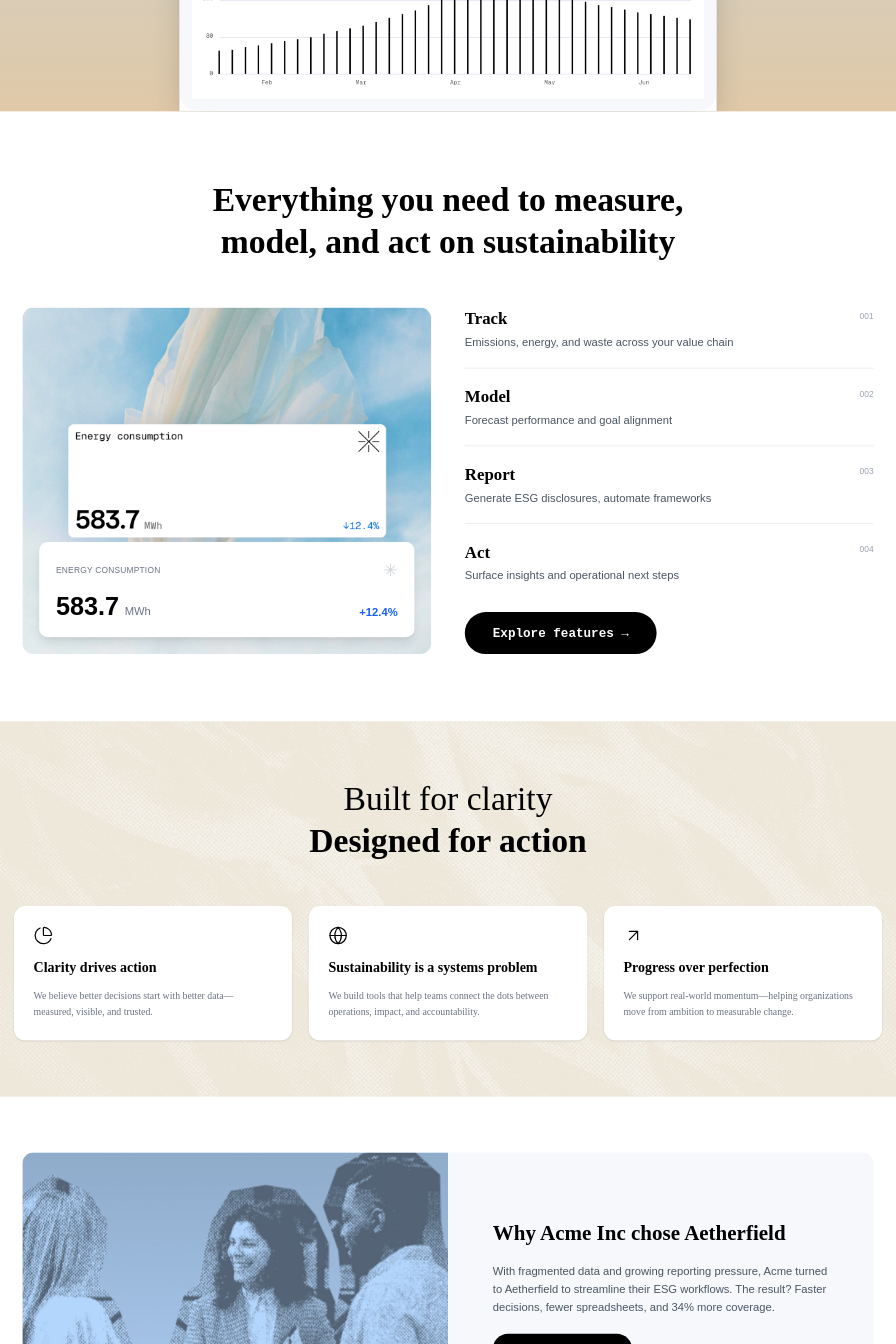
Repository: neelpatel6262/Aetherfield-SaaS
Page: /
The author's editor kept a copy of each file at every save. The page is drawn from the files as they stood at one save, then again after the next save.
The browser window is 1280 px wide. The pictures show the part of the page from y = 849 to 2769 px (the page is 5897 px tall before and 5806 px after), at 70% of full size.
Some web fonts or font styles are not loaded; a fallback is used. The project was rebuilt for these pictures with package versions that can differ from the ones it lists, and the page was loaded fresh each time. Also part of the build but not shown: vite.config.js, src/pages/About.jsx, src/pages/Journal.jsx, src/pages/Article.jsx, src/pages/Careers.jsx, src/pages/JobListing.jsx, src/pages/Signup.jsx.

Above is the page before, as saved 2026-02-28 23:57:01.

### index.html
<!doctype html>
<html lang="en">
  <head>
    <meta charset="UTF-8" />
    <link rel="icon" type="image/svg+xml" href="/vite.svg" />
    <meta name="viewport" content="width=device-width, initial-scale=1.0" />
    <title>Aetherfield SaaS</title>
  </head>
  <body>
    <div id="root"></div>
    <script type="module" src="/src/main.jsx"></script>
  </body>
</html>

### src/main.jsx
import React from 'react'
import ReactDOM from 'react-dom/client'
import App from './App'
import './styles/index.css'

ReactDOM.createRoot(document.getElementById('root')).render(
  <React.StrictMode>
    <App />
  </React.StrictMode>
)

### src/App.jsx
import React from 'react';
import { BrowserRouter, Routes, Route } from 'react-router-dom';


import Home from './pages/Home';
import About from './pages/About';
import Journal from './pages/Journal';
import Article from './pages/Article';
import Careers from './pages/Careers';
import JobListing from './pages/JobListing';
import Signup from './pages/Signup';
import Layout from './components/layout/Layout';

const App = () => {
  return (
    <BrowserRouter>
      <Routes>

        <Route element={<Layout />}>
          <Route path="/" element={<Home />} />
          <Route path="/about" element={<About />} />
          <Route path="/journal" element={<Journal />} />
          <Route path="/article/:id" element={<Article />} />
          <Route path="/careers" element={<Careers />} />
          <Route path="/job-listing/:id" element={<JobListing />} />
          <Route path="/signup" element={<Signup />} />
        </Route>


      </Routes>
    </BrowserRouter>
  );
};

export default App;

### src/styles/index.css
@import "tailwindcss";


@import url('https://fonts.googleapis.com/css2?family=Source+Serif+4:ital,opsz,wght@0,8..60,200..900;1,8..60,200..900&family=Radio+Canada+Big:ital,wght@0,400..700;1,400..700&family=Geist+Mono:wght@100..900&display=swap');

@font-face {
  font-family: "heading";
  src: url("https://fonts.gstatic.com/s/sourceserif4/v8/vF1XRFULdoB1WhFcF9jWq4KvMQyJETJo.woff2") format("woff2");
  font-weight: 400 900;
  font-style: normal;
  font-display: swap;
}

@font-face {
  font-family: "subheading";
  src: url("https://fonts.gstatic.com/s/radiocanadabig/v1/P5sOzZW3ZKlO3naZMH6bRzrE4HkKaQ.woff2") format("woff2");
  font-weight: 400 700;
  font-style: normal;
  font-display: swap;
}

@font-face {
  font-family: "btn";
  src: url("https://fonts.gstatic.com/s/geistmono/v1/or3NQ75mkm94_-NqtlM3e6HlvmU.woff2") format("woff2");
  font-weight: 400 700;
  font-style: normal;
  font-display: swap;
}


@layer base {
  * {
    margin: 0;
    padding: 0;
    box-sizing: border-box;
  }

  body {
    font-family: 'subheading', 'Radio Canada Big', sans-serif;
    background-color: #ffffff;
    color: #111111;
  }

  h1, h2, h3 {
    font-family: 'heading', 'Source Serif 4', serif;
  }

  button {
    font-family: 'btn', 'Geist Mono', monospace;
  }
}

### src/pages/Home.jsx
import React from 'react'
import Hero         from '../components/sections/Hero'
import Features     from '../components/sections/Features'
import ValueSection from '../components/sections/ValueSection'
import CaseStudy    from '../components/sections/CaseStudy'
import JournalPreview from '../components/sections/JournalPreview'
import Testimonial  from '../components/sections/Testimonial'
import CTABanner    from '../components/sections/CTABanner'

const Home = () => {
  return (
    <div className="bg-white w-full">
      <Hero />
      <Features />
      <ValueSection />
      <CaseStudy />
      <JournalPreview />
      <Testimonial />
      <CTABanner />
    </div>
  )
}

export default Home

### src/components/layout/Layout.jsx
// src/components/layout/Layout.jsx
import React from 'react';
import { Outlet } from 'react-router-dom';
import Navbar from './Navbar';
import Footer from './Footer';

const Layout = () => {
  return (
    <div className="min-h-screen flex flex-col">
      <Navbar />

      <main className="flex-1">
        <Outlet />
      </main>

      <Footer />
    </div>
  );
};

export default Layout;

### src/components/sections/Features.jsx
import React from 'react';
import FeatureImage from '../../assets/images/Feature.jpg';

const features = [
  {
    number: '001',
    title: 'Track',
    desc: 'Emissions, energy, and waste across your value chain',
  },
  {
    number: '002',
    title: 'Model',
    desc: 'Forecast performance and goal alignment',
  },
  {
    number: '003',
    title: 'Report',
    desc: 'Generate ESG disclosures, automate frameworks',
  },
  {
    number: '004',
    title: 'Act',
    desc: 'Surface insights and operational next steps',
  },
];

function Features() {
  return (
    <section className="w-full bg-white py-16 md:py-20 lg:py-24">
      <div className="mx-auto w-full max-w-7xl px-5 md:px-6 lg:px-8">
        {/* Headline */}
        <h2 className="mb-12 text-center text-3xl font-extrabold leading-tight text-black md:mb-16 md:text-4xl lg:text-5xl">
          Everything you need to measure,<br className="hidden sm:inline" /> model, and act on sustainability
        </h2>

        <div className="flex flex-col gap-12 lg:flex-row lg:items-stretch">
          {/* Left: Image with overlay card */}
          <div className="relative w-full lg:w-1/2">
            <img
              src={FeatureImage}
              alt="Sustainability dashboard showing energy metrics"
              className="h-full w-full rounded-2xl object-cover"
              style={{ minHeight: '420px' }}
            />

            {/* Floating stats card */}
            <div className="absolute bottom-6 left-6 right-6 rounded-xl bg-white p-6 shadow-lg">
              <div className="mb-4 flex items-center justify-between">
                <p className="text-xs font-medium uppercase tracking-wide text-gray-500">
                  Energy consumption
                </p>
                <span className="text-2xl text-gray-300">✳</span>
              </div>

              <div className="flex items-end justify-between">
                <p className="text-4xl font-extrabold text-black">
                  583.7
                  <span className="ml-2 text-base font-normal text-gray-500">MWh</span>
                </p>
                <p className="text-base font-semibold text-blue-600">+12.4%</p>
              </div>
            </div>
          </div>

          {/* Right: Feature list + CTA */}
          <div className="flex w-full flex-col justify-center lg:w-1/2">
            <div className="divide-y divide-gray-200">
              {features.map((feature) => (
                <div
                  key={feature.number}
                  className="flex items-start justify-between py-6 first:pt-0 last:pb-0"
                >
                  <div className="pr-8">
                    <h3 className="text-2xl font-bold text-black">{feature.title}</h3>
                    <p className="mt-1.5 text-base text-gray-600">{feature.desc}</p>
                  </div>
                  <span className="mt-1 text-xs font-medium text-gray-400">
                    {feature.number}
                  </span>
                </div>
              ))}
            </div>

            <button
              className="
                mt-10 self-start rounded-full bg-black px-8 py-4
                text-base font-semibold text-white
                transition hover:bg-black/90 active:opacity-80
                md:px-10 md:text-lg
              "
            >
              Explore features →
            </button>
          </div>
        </div>
      </div>
    </section>
  );
}

export default Features;

### src/components/sections/JournalPreview.jsx
import React from 'react'
import { Link } from 'react-router-dom'
import { articles } from '../../data/article'
import Sticker from '../../assets/images/Sticker.png'

const JournalPreview = () => {
  return (
    <section className="w-full bg-white py-20">
      <div className="w-container max-w-container mx-auto px-5">

        <h2 className="text-[32px] font-extrabold text-black text-center mb-16 font-[heading]">
          From the journal
        </h2>

        <div className="flex flex-col md:flex-row gap-10 items-start">

          <div className="flex-shrink-0 pt-2">
            <img src={Sticker} alt="Aetherfield Journal" className="w-[200px] h-auto object-contain" />
          </div>

          <div className="flex-1 flex flex-col">
            {articles.slice(0, 3).map((article, index) => (
              <Link
                key={article.id}
                to={`/journal/${article.slug}`}
                className={`flex flex-row gap-5 items-center py-6 w-full hover:opacity-80 transition no-underline ${index !== 2 ? 'border-b border-gray-200' : ''}`}
              >
                <img src={article.image} alt={article.title} className="w-28 h-20 object-cover rounded-lg flex-shrink-0" />
                <div className="flex flex-col gap-1">
                  <p className="text-[20px] font-semibold text-black leading-snug font-[heading]">{article.title}</p>
                  <p className="text-[14px] text-gray-400 font-[subheading]">{article.category} · {article.time}</p>
                </div>
              </Link>
            ))}
            <div className="mt-10">
              <Link to="/journal">
                <button className="bg-black text-white text-[14px] font-semibold px-7 py-3 hover:opacity-75 transition font-[btn]">
                  • View all articles
                </button>
              </Link>
            </div>
          </div>

        </div>
      </div>
    </section>
  )
}

export default JournalPreview

### src/components/sections/Testimonial.jsx
import React from 'react'
import TestimonialImage from '../../assets/images/Testimonial.jpg'

const Testimonial = () => {
  return (
    <section className="w-full bg-white py-20">
      <div className="w-container max-w-container mx-auto px-5">
        <div className="flex flex-col md:flex-row gap-12 items-center">

          <div className="relative w-full md:w-1/2 flex-shrink-0">
            <img
              src={TestimonialImage}
              alt="Elliot Williams"
              className="w-full h-auto object-cover rounded-2xl"
              style={{ filter: 'grayscale(100%)' }}
            />
            <div className="absolute inset-0 rounded-2xl pointer-events-none" style={{ backgroundColor: '#93C5FD', mixBlendMode: 'multiply', opacity: 0.7 }} />
          </div>

          <div className="w-full md:w-1/2 flex flex-col gap-4">
            <blockquote className="text-[28px] font-bold text-black leading-tight font-[heading]">
              "We finally moved past spreadsheets and guesswork. Now we have real data to guide real decisions."
            </blockquote>
            <p className="text-[14px] text-gray-600 mt-4 font-[subheading]">
              Elliot Williams, Head of Sustainability, Flux Materials
            </p>
          </div>

        </div>
      </div>
    </section>
  )
}

export default Testimonial

### src/components/sections/CTABanner.jsx
import React from 'react';

function CTABanner() {
  return (
    <section className="w-full bg-white py-16 md:py-20 lg:py-24">
      <div className="mx-auto w-full max-w-7xl px-5 md:px-6 lg:px-8">
        <div className="rounded-2xl bg-gray-100 px-6 py-16 text-center md:py-20 lg:py-24 lg:px-12">
          <h2 className="mx-auto mb-8 max-w-3xl text-3xl font-extrabold leading-tight text-black md:text-4xl lg:text-5xl">
            Ready to operationalize your sustainability goals?
          </h2>

          <button
            className="
              rounded-full bg-black px-8 py-4 text-base font-semibold
              text-white transition hover:bg-black/90 active:opacity-80
              md:px-10 md:py-4 md:text-lg
            "
          >
            Request a demo →
          </button>
        </div>
      </div>
    </section>
  );
}

export default CTABanner;

### src/components/layout/Navbar.jsx
import React from 'react'
import { Link, NavLink } from 'react-router-dom'
import Logo from '../../assets/images/Logo.png';


const links = [
  { label: 'Journal', to: '/journal' },
  { label: 'artical', to: '/artical' },
  { label: 'About', to: '/about' },
  { label: 'Careers', to: '/careers' },
  { label: 'job-listing', to: '/job-listing' }
]


function Navbar() {
  return (
    <nav className="
      w-full px-10 py-4
      flex items-center justify-between
      bg-white/80 backdrop-blur-md
      sticky top-0 z-50
      border-b border-gray-100
    ">
      {/* Logo */}
      <Link to="/">
        <img
          src={Logo}
          alt="Aetherfield"
          className="h-6 w-auto object-contain"
        />
      </Link>

      {/* Links */}
      <ul className="flex items-center gap-8">
        {links.map(link => (
          <li key={link.to}>
            <NavLink
              to={link.to}
              className={({ isActive }) =>
                isActive
                  ? 'text-black font-semibold text-sm'
                  : 'text-black/60 hover:text-black text-sm transition-colors'
              }
            >
              {link.label}
            </NavLink>
          </li>
        ))}

        {/* Get Started */}
        <li>
          <Link
            to="/signup"
            className="text-sm font-semibold text-black hover:opacity-60 transition"
          >
            Get started →
          </Link>
        </li>
      </ul>
    </nav>
  )
}

export default Navbar

### src/components/layout/Footer.jsx
import React from 'react';
import { Link } from 'react-router-dom';
import FooterLogo from '../../assets/images/FooterLogo.png';
import FooterTexture from '../../assets/images/Footer image.jpg';

const links = [
  { label: 'Journal', to: '/journal' },
  { label: 'artical', to: '/artical' },
  { label: 'About', to: '/about' },
  { label: 'Careers', to: '/careers' },
  { label: 'job-listing', to: '/job-listing' },
];

function Footer() {
  return (
    <footer className="w-full bg-[#FFF546] text-[#66640F] flex flex-col items-center overflow-hidden bg-cover bg-center px-8 py-4">
      <div className="w-full  flex flex-col items-center">
        <div className="w-full flex flex-col md:flex-row md:justify-between md:items-center gap-4 md:gap-0 text-sm md:text-base font-semibold uppercase tracking-wide mb-8 md:mb-10">
          <ul className="flex flex-wrap justify-center md:justify-start gap-x-6 md:gap-x-10 gap-y-2 font-[subheading]">
            {links.map((link) => (
              <li key={link.to}>
                <Link
                  to={link.to}
                  className="hover:opacity-70 transition-opacity duration-200"
                >
                  {link.label}
                </Link>
              </li>
            ))}
          </ul>

          <p className="text-center md:text-right font-medium opacity-90 font-[subheading]">
            ©2025 · All rights reserved
          </p>
        </div>

        <img
          src={FooterTexture}
          alt="Aetherfield texture background"
          className="w-full object-cover mx-auto mb-10 md:mb-12"
        />

        <img
          src={FooterLogo}
          alt="Aetherfield Logo"
          className="w-full h-auto mx-auto mb-8 md:mb-12"
        />

        <div className="h-6 md:h-10 lg:h-12"></div>
      </div>
    </footer>
  );
}

export default Footer;

Loaded but not shown: src/data/article.js (130 lines, source omitted); src/components/sections/Hero.jsx (94 lines, source omitted); src/components/sections/ValueSection.jsx (43 lines, source omitted); src/components/sections/CaseStudy.jsx (57 lines, source omitted)

After the next save:
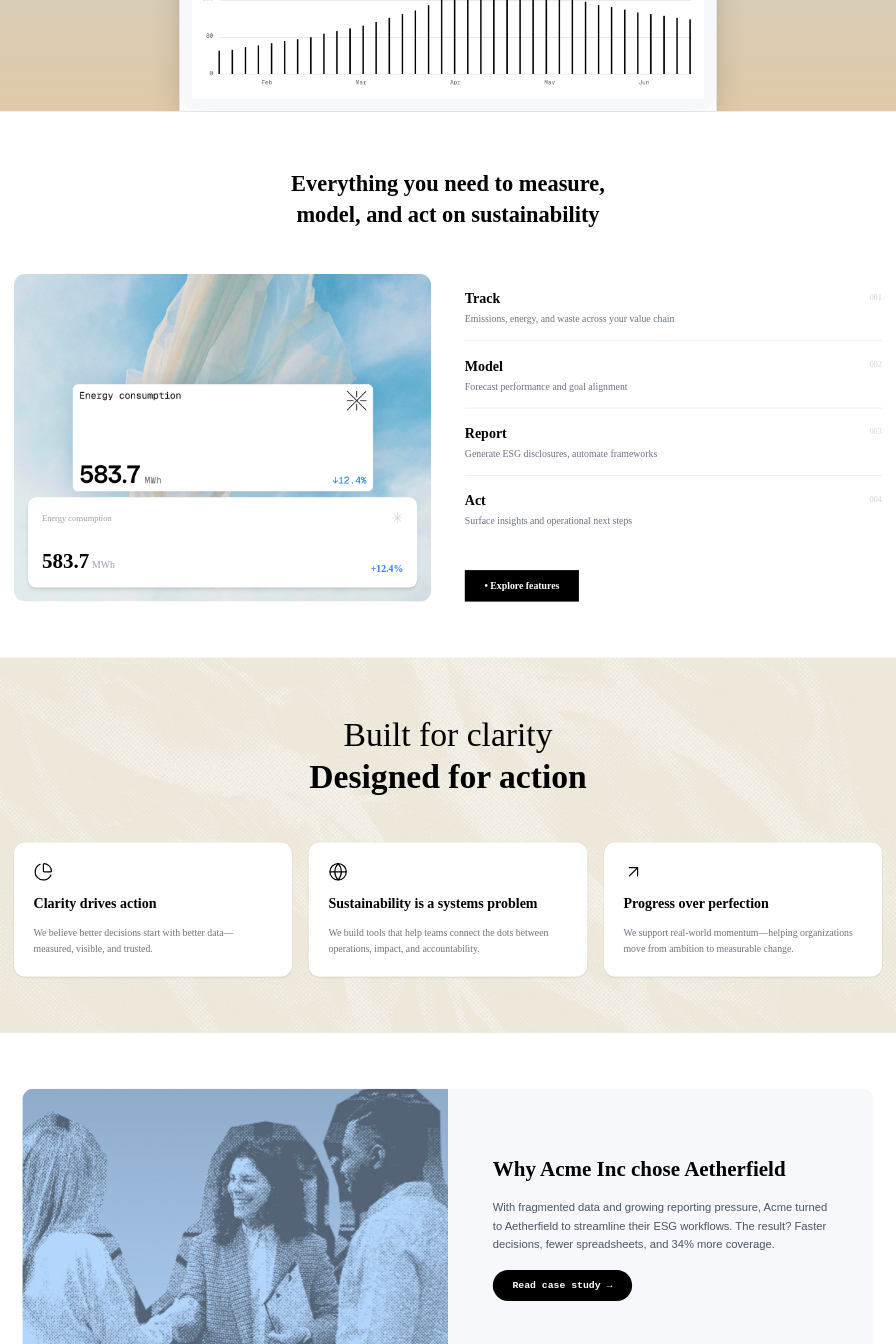
Saved 24 s later.
--- a/src/components/sections/Features.jsx
+++ b/src/components/sections/Features.jsx
@@ -1,101 +1,68 @@
-import React from 'react';
-import FeatureImage from '../../assets/images/Feature.jpg';
+import React from 'react'
+import FeatureImage from '../../assets/images/Feature.jpg'
 
 const features = [
-  {
-    number: '001',
-    title: 'Track',
-    desc: 'Emissions, energy, and waste across your value chain',
-  },
-  {
-    number: '002',
-    title: 'Model',
-    desc: 'Forecast performance and goal alignment',
-  },
-  {
-    number: '003',
-    title: 'Report',
-    desc: 'Generate ESG disclosures, automate frameworks',
-  },
-  {
-    number: '004',
-    title: 'Act',
-    desc: 'Surface insights and operational next steps',
-  },
-];
+  { number: '001', title: 'Track',  desc: 'Emissions, energy, and waste across your value chain' },
+  { number: '002', title: 'Model',  desc: 'Forecast performance and goal alignment' },
+  { number: '003', title: 'Report', desc: 'Generate ESG disclosures, automate frameworks' },
+  { number: '004', title: 'Act',    desc: 'Surface insights and operational next steps' },
+]
 
-function Features() {
+const Features = () => {
   return (
-    <section className="w-full bg-white py-16 md:py-20 lg:py-24">
-      <div className="mx-auto w-full max-w-7xl px-5 md:px-6 lg:px-8">
-        {/* Headline */}
-        <h2 className="mb-12 text-center text-3xl font-extrabold leading-tight text-black md:mb-16 md:text-4xl lg:text-5xl">
-          Everything you need to measure,<br className="hidden sm:inline" /> model, and act on sustainability
+    <section className="w-full bg-white py-20">
+      <div className="w-container max-w-container mx-auto px-5">
+
+        <h2 className="text-[32px] font-extrabold text-center text-black leading-snug mb-16 font-[heading]">
+          Everything you need to measure,<br />
+          model, and act on sustainability
         </h2>
 
-        <div className="flex flex-col gap-12 lg:flex-row lg:items-stretch">
-          {/* Left: Image with overlay card */}
-          <div className="relative w-full lg:w-1/2">
+        <div className="flex flex-col md:flex-row gap-12 items-stretch">
+
+          {/* Left image */}
+          <div className="relative w-full md:w-1/2">
             <img
               src={FeatureImage}
-              alt="Sustainability dashboard showing energy metrics"
-              className="h-full w-full rounded-2xl object-cover"
-              style={{ minHeight: '420px' }}
+              alt="Feature"
+              className="w-full h-full object-cover rounded-2xl"
+              style={{ minHeight: '420px', maxHeight: '520px' }}
             />
-
-            {/* Floating stats card */}
-            <div className="absolute bottom-6 left-6 right-6 rounded-xl bg-white p-6 shadow-lg">
-              <div className="mb-4 flex items-center justify-between">
-                <p className="text-xs font-medium uppercase tracking-wide text-gray-500">
-                  Energy consumption
+            <div className="absolute bottom-5 left-5 right-5 bg-white rounded-xl shadow-md px-5 py-4">
+              <div className="flex justify-between items-center mb-6">
+                <p className="text-[12px] text-gray-400 font-[btn]">Energy consumption</p>
+                <span className="text-gray-300 text-xl">✳</span>
+              </div>
+              <div className="flex justify-between items-end">
+                <p className="text-[30px] font-extrabold text-black font-[heading]">
+                  583.7
+                  <span className="text-[14px] font-normal text-gray-400 ml-1">MWh</span>
                 </p>
-                <span className="text-2xl text-gray-300">✳</span>
-              </div>
-
-              <div className="flex items-end justify-between">
-                <p className="text-4xl font-extrabold text-black">
-                  583.7
-                  <span className="ml-2 text-base font-normal text-gray-500">MWh</span>
-                </p>
-                <p className="text-base font-semibold text-blue-600">+12.4%</p>
+                <p className="text-[14px] font-semibold text-blue-500 font-[btn]">+12.4%</p>
               </div>
             </div>
           </div>
 
-          {/* Right: Feature list + CTA */}
-          <div className="flex w-full flex-col justify-center lg:w-1/2">
-            <div className="divide-y divide-gray-200">
-              {features.map((feature) => (
-                <div
-                  key={feature.number}
-                  className="flex items-start justify-between py-6 first:pt-0 last:pb-0"
-                >
-                  <div className="pr-8">
-                    <h3 className="text-2xl font-bold text-black">{feature.title}</h3>
-                    <p className="mt-1.5 text-base text-gray-600">{feature.desc}</p>
-                  </div>
-                  <span className="mt-1 text-xs font-medium text-gray-400">
-                    {feature.number}
-                  </span>
+          {/* Right list */}
+          <div className="w-full md:w-1/2 flex flex-col justify-center">
+            {features.map((f, i) => (
+              <div key={f.number} className={`flex justify-between items-start py-5 ${i !== features.length - 1 ? 'border-b border-gray-200' : ''}`}>
+                <div className="flex flex-col gap-1">
+                  <p className="text-[20px] font-bold text-black font-[heading]">{f.title}</p>
+                  <p className="text-[14px] text-gray-500 font-[subheading]">{f.desc}</p>
                 </div>
-              ))}
-            </div>
-
-            <button
-              className="
-                mt-10 self-start rounded-full bg-black px-8 py-4
-                text-base font-semibold text-white
-                transition hover:bg-black/90 active:opacity-80
-                md:px-10 md:text-lg
-              "
-            >
-              Explore features →
+                <p className="text-[12px] text-gray-300 ml-8 mt-1 font-[btn]">{f.number}</p>
+              </div>
+            ))}
+            <button className="mt-10 self-start bg-black text-white text-[14px] font-semibold px-7 py-3 hover:opacity-75 transition font-[btn]">
+              • Explore features
             </button>
           </div>
+
         </div>
       </div>
     </section>
-  );
+  )
 }
 
-export default Features;
+export default Features
